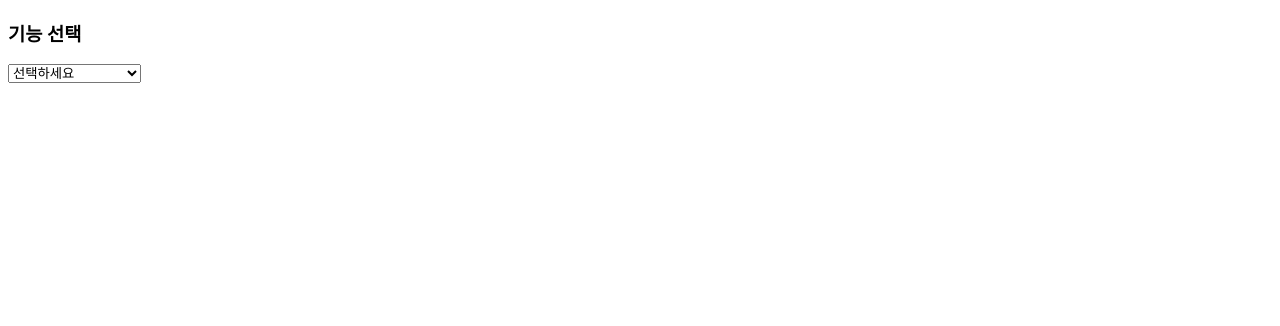
Repository: minjikimkim2222/BBS
Page: http://localhost/BBS/login.jsp
An editor plug-in stored every save of this project. The page is shown before and after the next save, followed by the edit.
The browser window is 1280 px wide. The pictures show the whole page.
The page is served by Tomcat 9.

Above is the page before, as saved 2023-12-23 03:18:28.
Not found: BBS/BBS/css/board.css

After the next save:
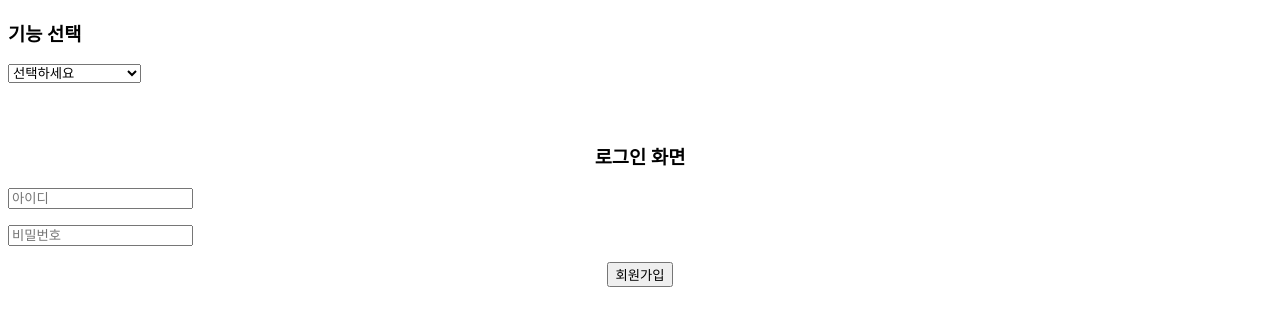
Saved 46 s later.
--- a/BBS/src/main/webapp/login.jsp
+++ b/BBS/src/main/webapp/login.jsp
@@ -5,7 +5,7 @@
 	<head>
 		<meta HTTP-EQUIV="content-type" CONTENT="text/html; CHARSET=UTF-8" charset = "UTF-8"> <!--  클라이언트 문자 인코딩 방식  -->
 
-		<link rel = "stylesheet" href="css/board.css?after" type="text/css">
+		<link rel = "stylesheet" href = "css/bootstrap.css">
 		<title>JSP 로그인 페이지</title>
 </head>
 <body>
@@ -35,4 +35,21 @@
 			<option value = "MySQL_ConnectionTest.jsp">sql connection test</option>
 		</select>
 	</form>
+
+		<div class = "container">
+		<div class = "col-lg-4">
+			<div class = "jumbotron" style = "padding-top : 20px;">
+				<form method = "post" action="loginAction.jsp">
+					<h3 style = "text-align : center;">로그인 화면</h3>
+						<p class = "form-group">
+							<input type="text" class = "form-control" name="username" placeholder="아이디">
+						</p>
+						<p class = "form-group">
+							<input type="password" class = "form-control" name="password" placeholder="비밀번호">
+						</p>
+						<p style = "text-align: center;"><input type="submit" value="회원가입"></p>
+				</form>
+			</div>
+		</div>
+	</div>
 </html>
